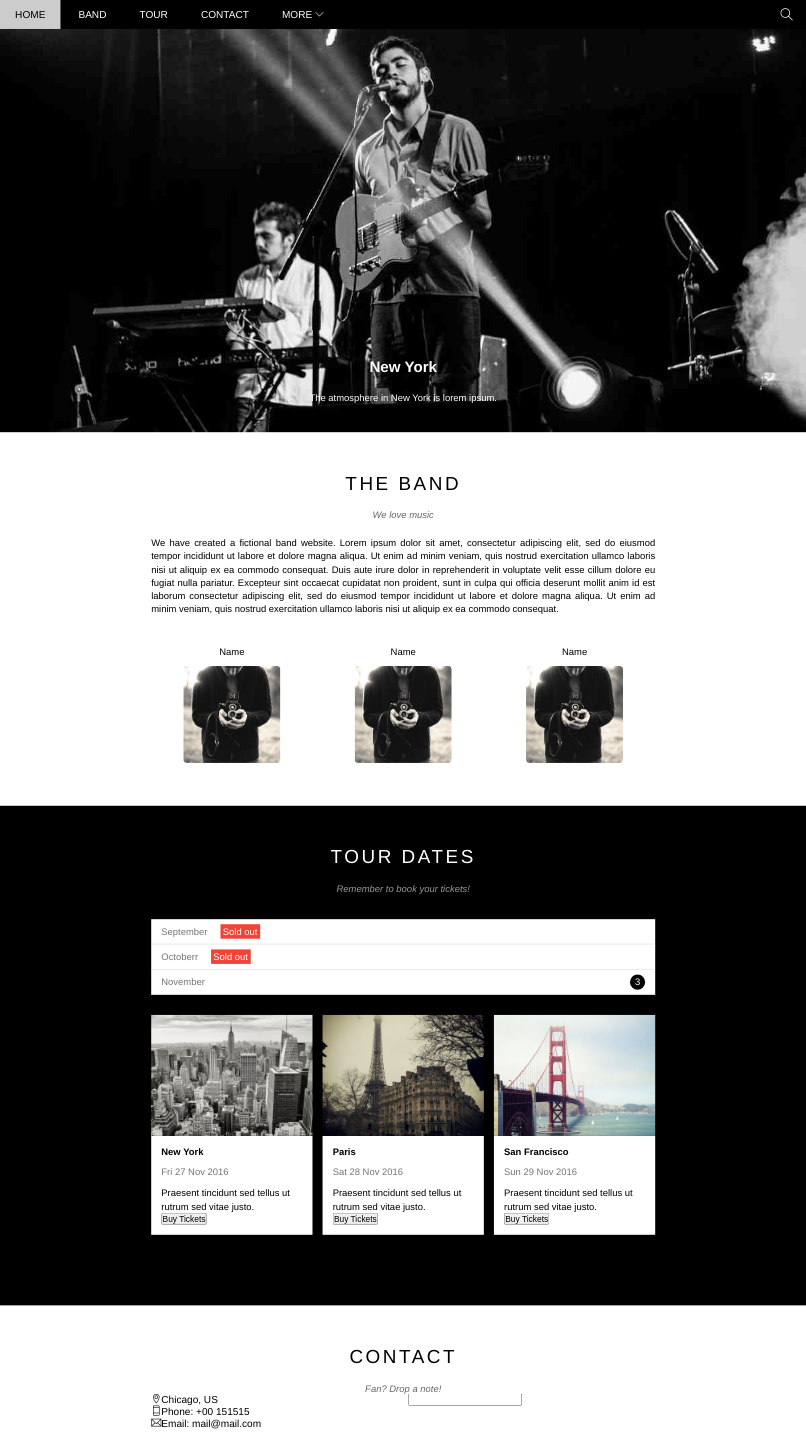
Repository: vophuocthanh/phuocthanhk03
Page: index.html
These files come from the project's save history. The page is drawn as it stood at one moment and after the next save; the edit follows.
The browser window is 1280 px wide. The pictures show the whole page, at 63% of full size.

Above is the page before, as saved 2022-03-27 10:24:01.

After the next save:
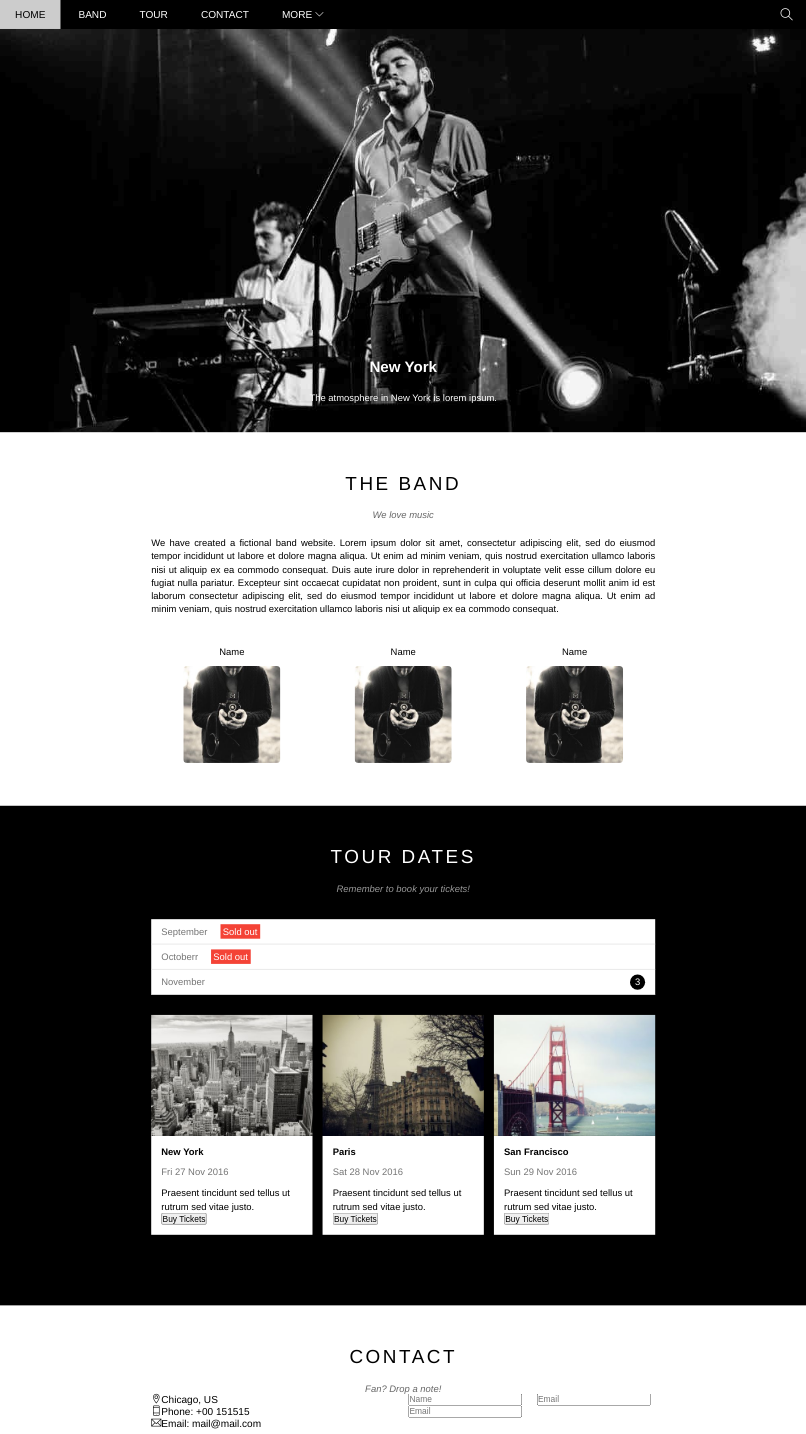
Saved 2 min 5 s later.
--- a/index.html
+++ b/index.html
@@ -142,11 +142,16 @@
                         <form action="">
                             <div class="row">
                                 <div class="col col-half">
-                                    <input type="text" name="" id="" class="form-control">
+                                    <input type="text" name="" placeholder="Name" id="" class="form-control">
                                 </div>
+                                <div class="col col-half">
+                                    <input type="email" name="" placeholder="Email" id="" class="form-control">
+                                </div>
                             </div>
                             <div class="row">
-
+                                <div class="col col-full">
+                                    <input type="email" name="" placeholder="Email" id="" class="form-control">
+                                </div>
                             </div>
                         </form>
                     </div>
